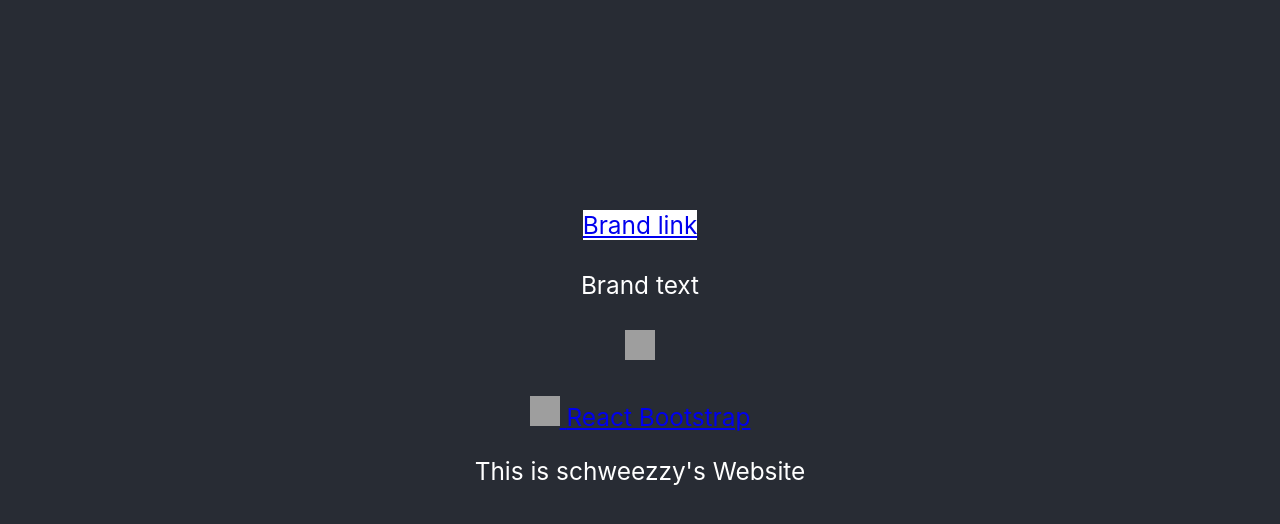
Repository: schweizercode/schweezzy
Page: /
An editor plug-in stored every save of this project. The page is shown before and after the next save, followed by the edit.
The browser window is 1280 px wide. The pictures show the whole page.
Pictures or frames that could not be fetched are drawn as grey boxes. The project was rebuilt for these pictures with package versions that can differ from the ones it lists, and the page was loaded fresh each time.

Above is the page before, as saved 2021-04-12 14:46:10.

### src/App.js
import React from 'react';
import './App.css';
import Navbar from "./Navbar.js"


function App() {
  return (
    <div className="App">
      <header className="App-header">
        <Navbar />
        <p> This is schweezzy's Website</p>

      </header>
    </div>
  );
}

export default App;

### src/Navbar.js
import React from 'react';
import Navbar from 'react-bootstrap/Navbar';


function Nav() {
    return (

        <>
            <Navbar bg="light" style={{ backgroundColor: 'white' }}>
                <Navbar.Brand href="#home">Brand link</Navbar.Brand>
            </Navbar>
            <br />
            <Navbar bg="light">
                <Navbar.Brand>Brand text</Navbar.Brand>
            </Navbar>
            <br />
            <Navbar bg="dark">
                <Navbar.Brand href="#home">
                    <img
                        src="/logo.svg"
                        width="30"
                        height="30"
                        className="d-inline-block align-top"
                        alt="React Bootstrap logo"
                    />
                </Navbar.Brand>
            </Navbar>
            <br />
            <Navbar bg="dark" variant="dark">
                <Navbar.Brand href="#home">
                    <img
                        alt=""
                        src="/logo.svg"
                        width="30"
                        height="30"
                        className="d-inline-block align-top"
                    />{' '}
      React Bootstrap
    </Navbar.Brand>
            </Navbar>
        </>

    );
}

export default Nav;

Loaded but not shown: public/index.html (common file); src/index.js (common file); src/index.css (common file); src/reportWebVitals.js (common file); src/App.css (common file)

After the next save:
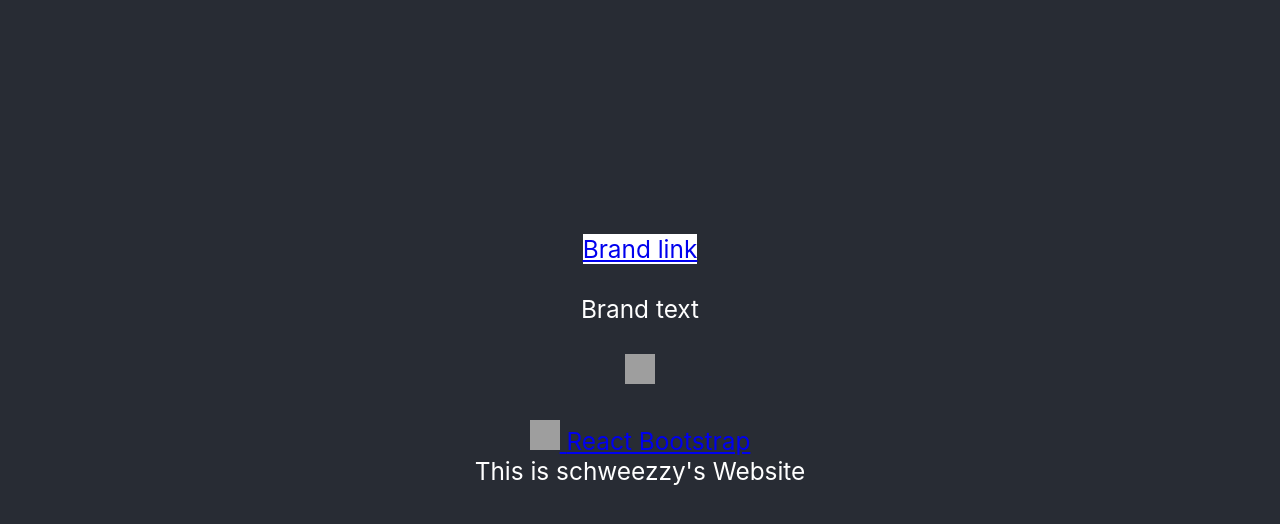
Saved 4 s later.
--- a/src/App.js
+++ b/src/App.js
@@ -8,7 +8,7 @@ function App() {
     <div className="App">
       <header className="App-header">
         <Navbar />
-        <p> This is schweezzy's Website</p>
+        <a> This is schweezzy's Website</a>
 
       </header>
     </div>
